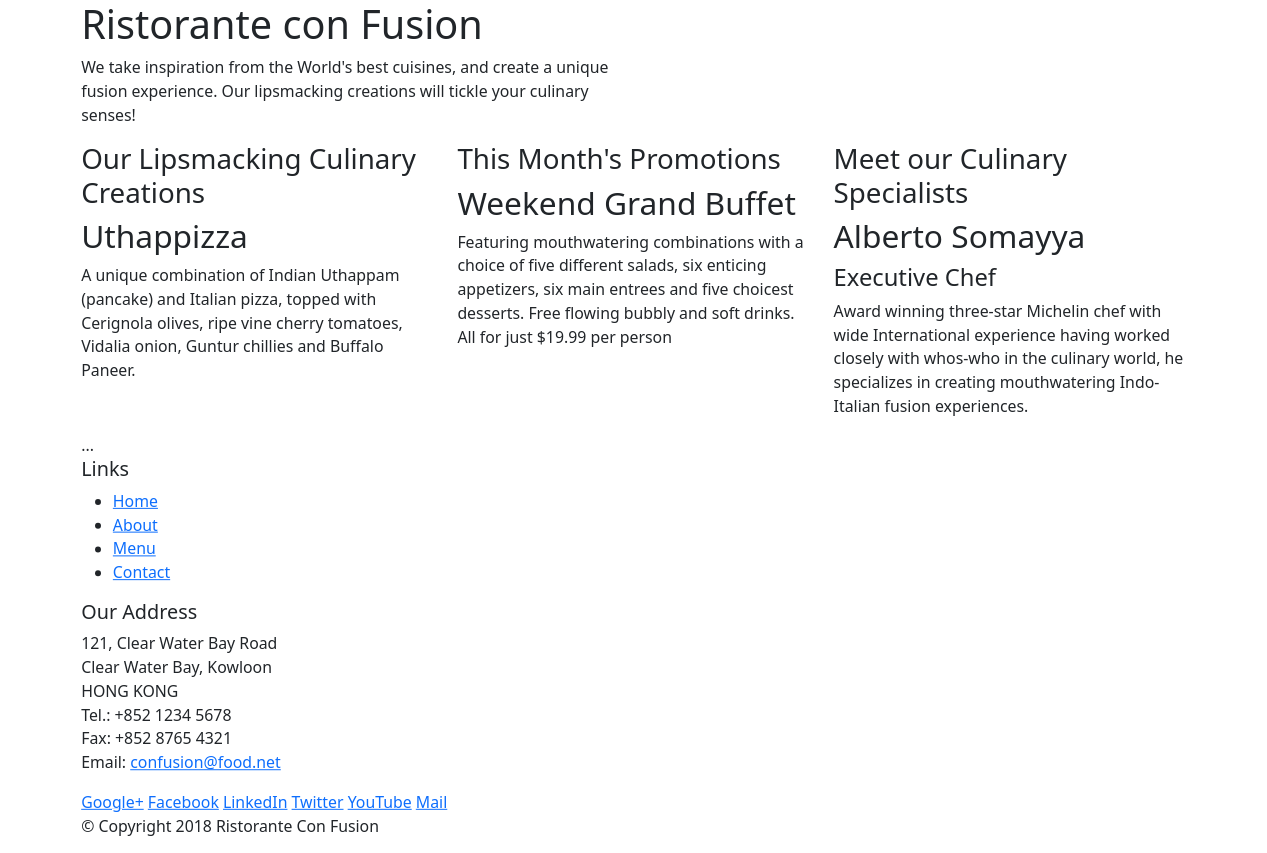
Repository: GiaBaooLe/Reactjs
Page: index.html
An editor plug-in stored every save of this project. The page is shown before and after the next save, followed by the edit.
The browser window is 1280 px wide. The pictures show the whole page, at 99% of full size.
Some web libraries are served in a nearby version.

Above is the page before, as saved 2023-09-12 14:06:38.

After the next save:
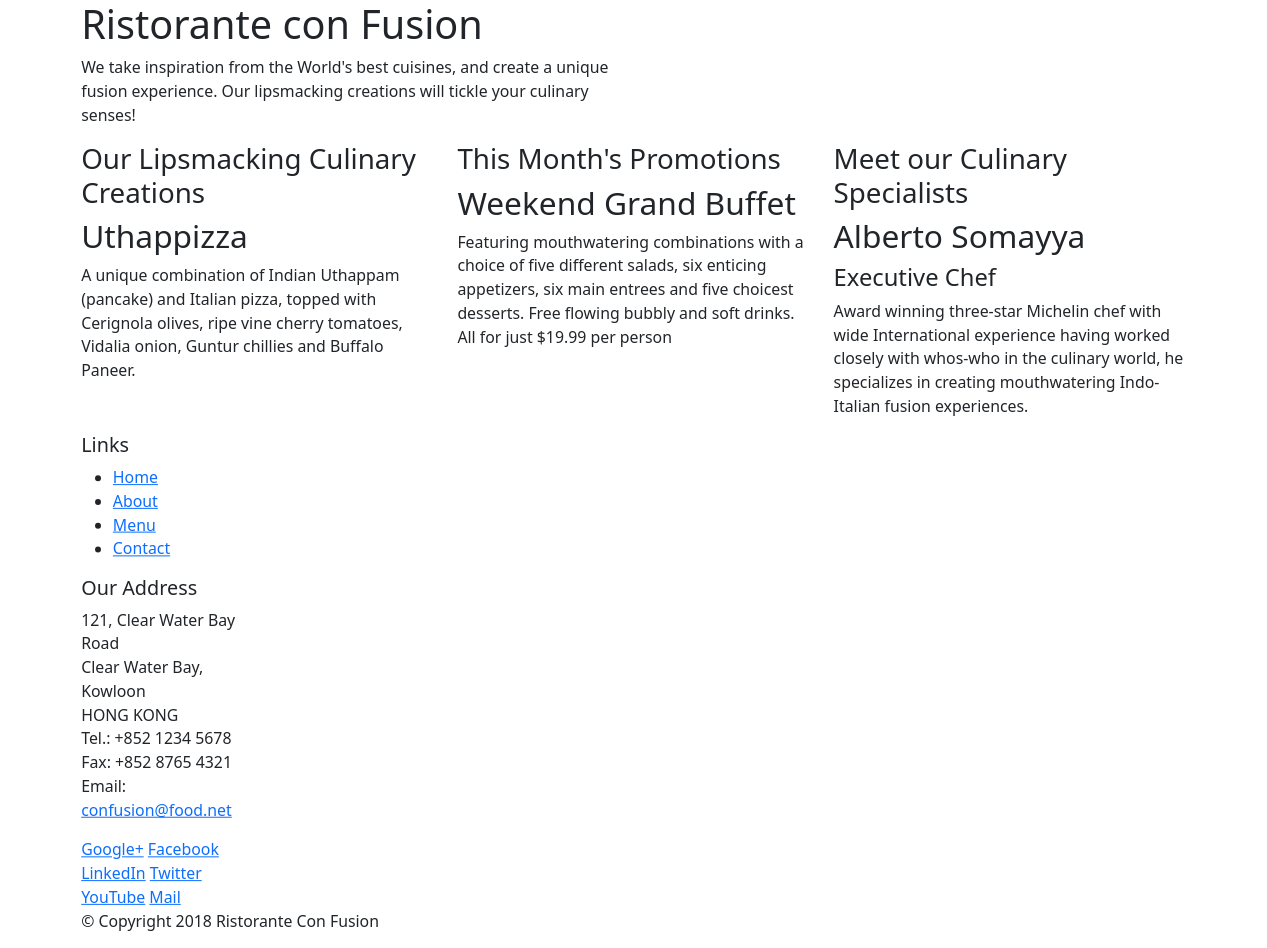
Saved 4 s later.
--- a/index.html
+++ b/index.html
@@ -93,7 +93,7 @@
     <footer>
       <div class="container">
         <div class="row">
-        <div class="col-4 col-sm-2"> ... </div>
+        <div class="col-4 col-sm-2">
           <div>
             <h5>Links</h5>
             <ul>
